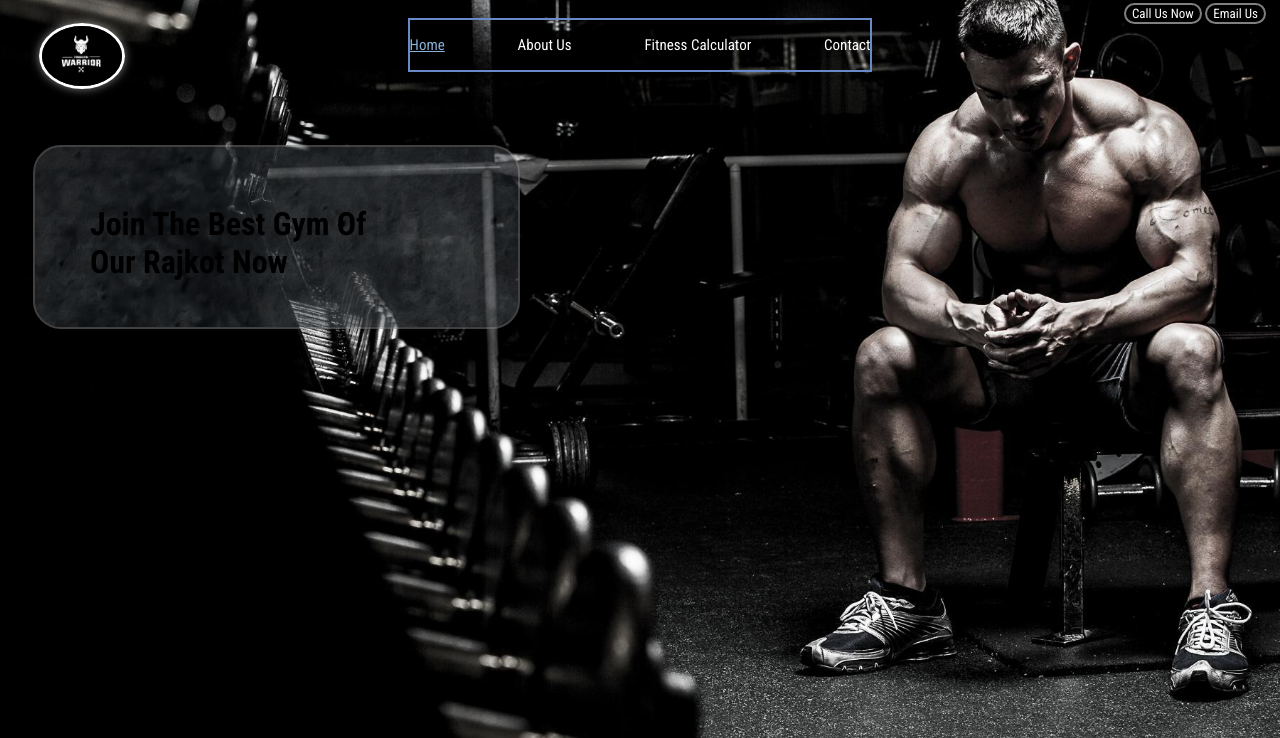
Repository: asthaasquare/project-1
Page: project-1/index.html
An editor plug-in stored every save of this project. The page is shown before and after a run of saves, followed by the edit.
The browser window is 1280 px wide. The pictures show the whole page.
Some web fonts or font styles are not loaded; a fallback is used.

Above is the page before, as saved 2024-05-09 17:51:16.

After the next 2 saves:
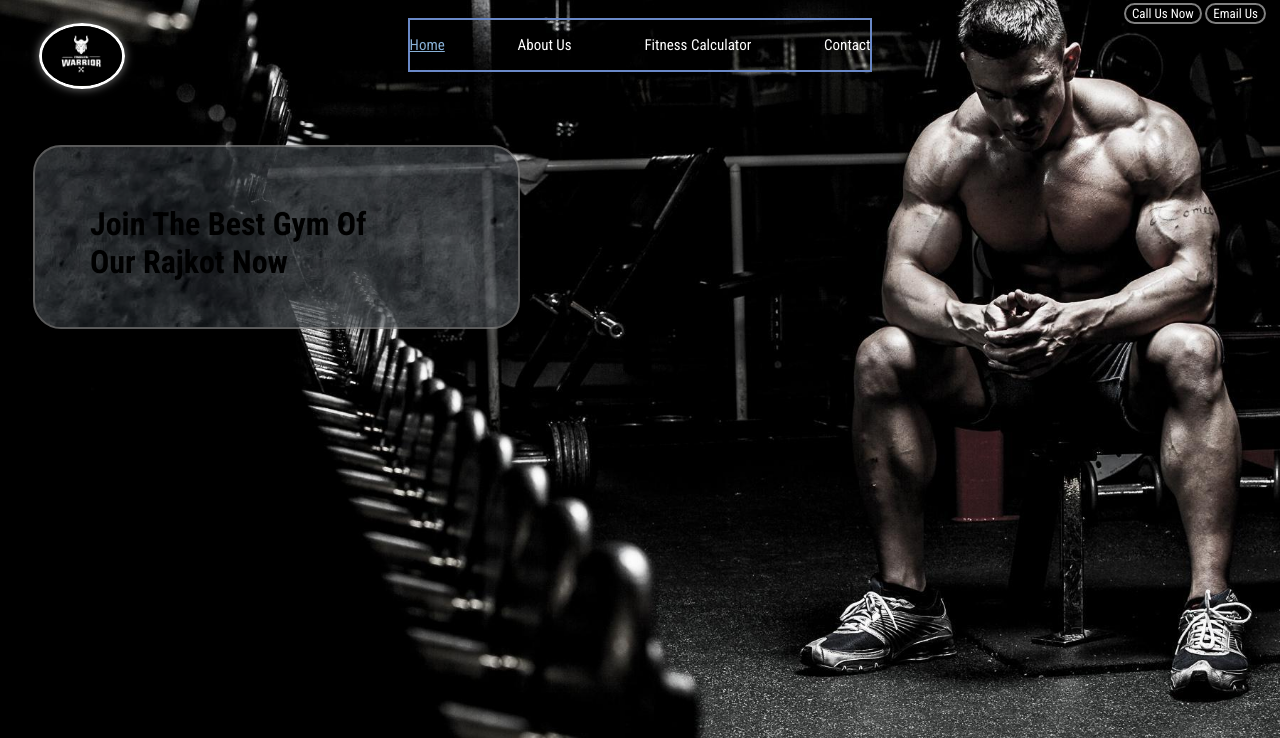
The 2 saves are shown as one change because they came seconds apart.
The last was saved 24 s later.
--- a/project-1/index.html
+++ b/project-1/index.html
@@ -100,7 +100,7 @@
       padding: 75px;
       width: 26%;
       background-image:url(img/bg1.jpg) ;
-      opacity: 50%;
+      opacity: 70%;
       z-index: -1;
       height: 30px;
       border-radius: 28px;
